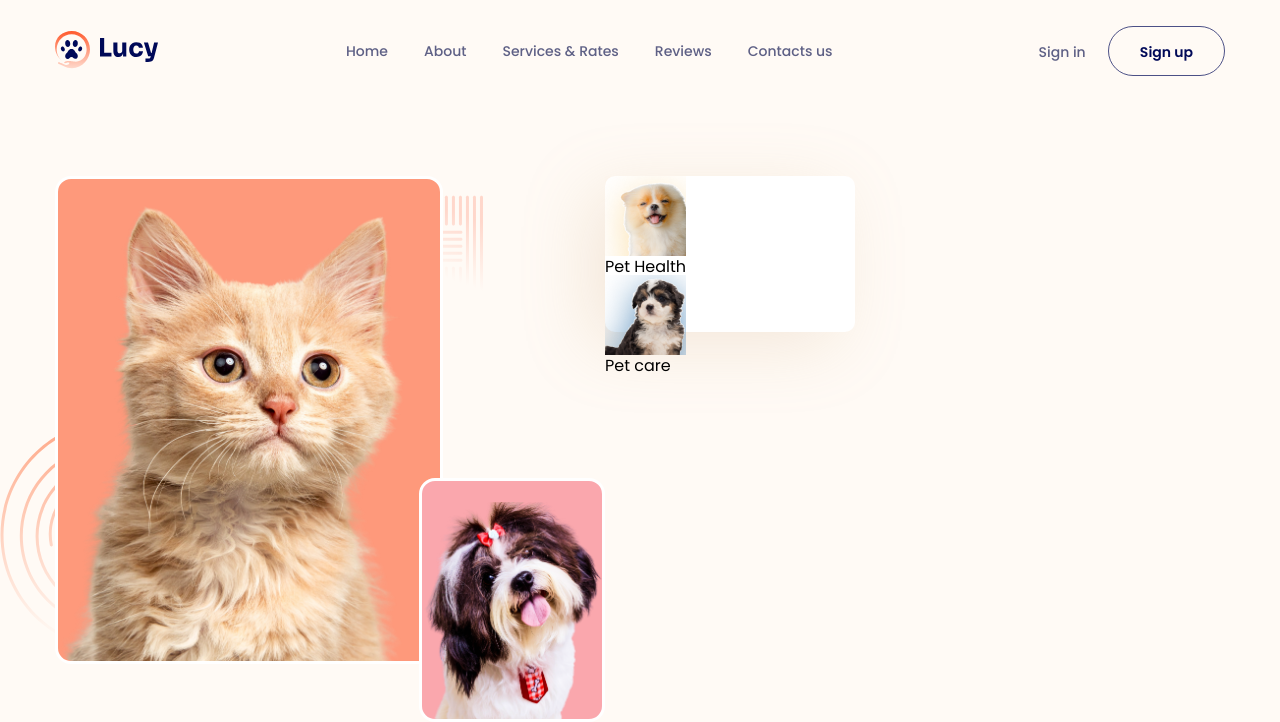
Repository: empty24062002/f8-project-05
Page: index.html
An editor plug-in stored every save of this project. The page is shown before and after the next save, followed by the edit.
The browser window is 1280 px wide. The pictures show the whole page.

Above is the page before, as saved 2023-09-09 17:43:44.

After the next save:
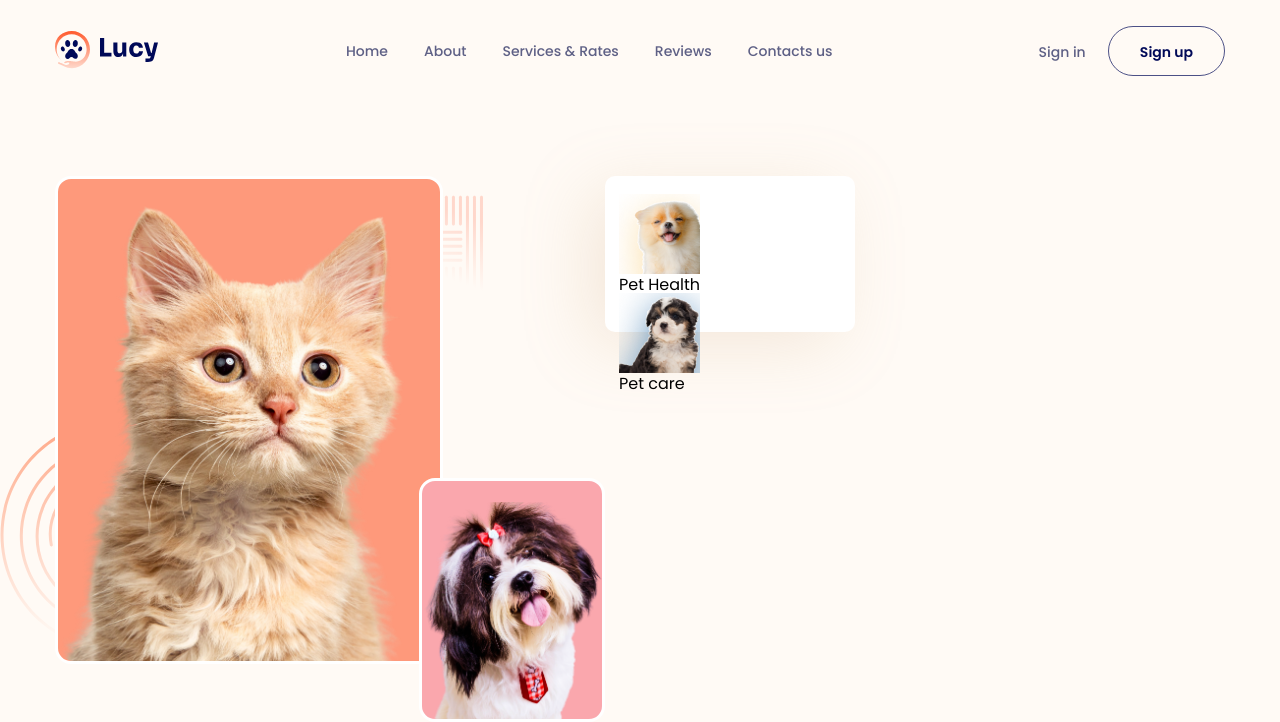
Saved 61 s later.
--- a/assets/css/styles.css
+++ b/assets/css/styles.css
@@ -155,6 +155,7 @@ a {
 .hero__list {
     width: 250px;
     height: 156px;
+    padding: 18px 14px;
     border-radius: 10px;
     background: #fff;
     box-shadow: -17px 14px 68px -4px rgba(207, 174, 132, 0.25);
